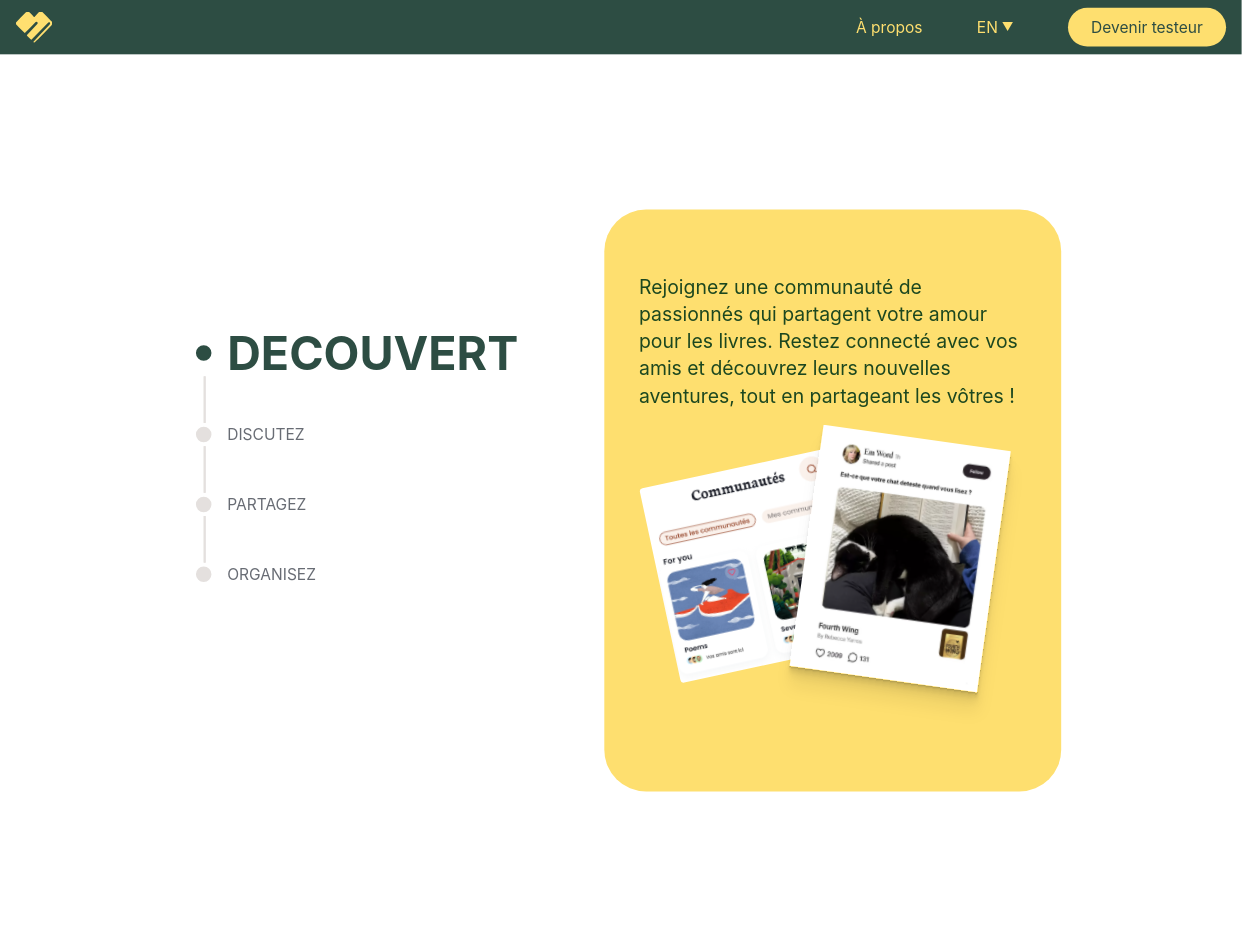
Repository: enas-elm/bookish-landing
Page: /
These files come from the project's save history. The page is drawn as it stood at one moment and after the next save; the edit follows.
The browser window is 1280 px wide. The pictures show the whole page, at 97% of full size.
The project was rebuilt for these pictures with package versions that can differ from the ones it lists, and the page was loaded fresh each time.

Above is the page before, as saved 2024-09-12 11:31:30.

After the next save:
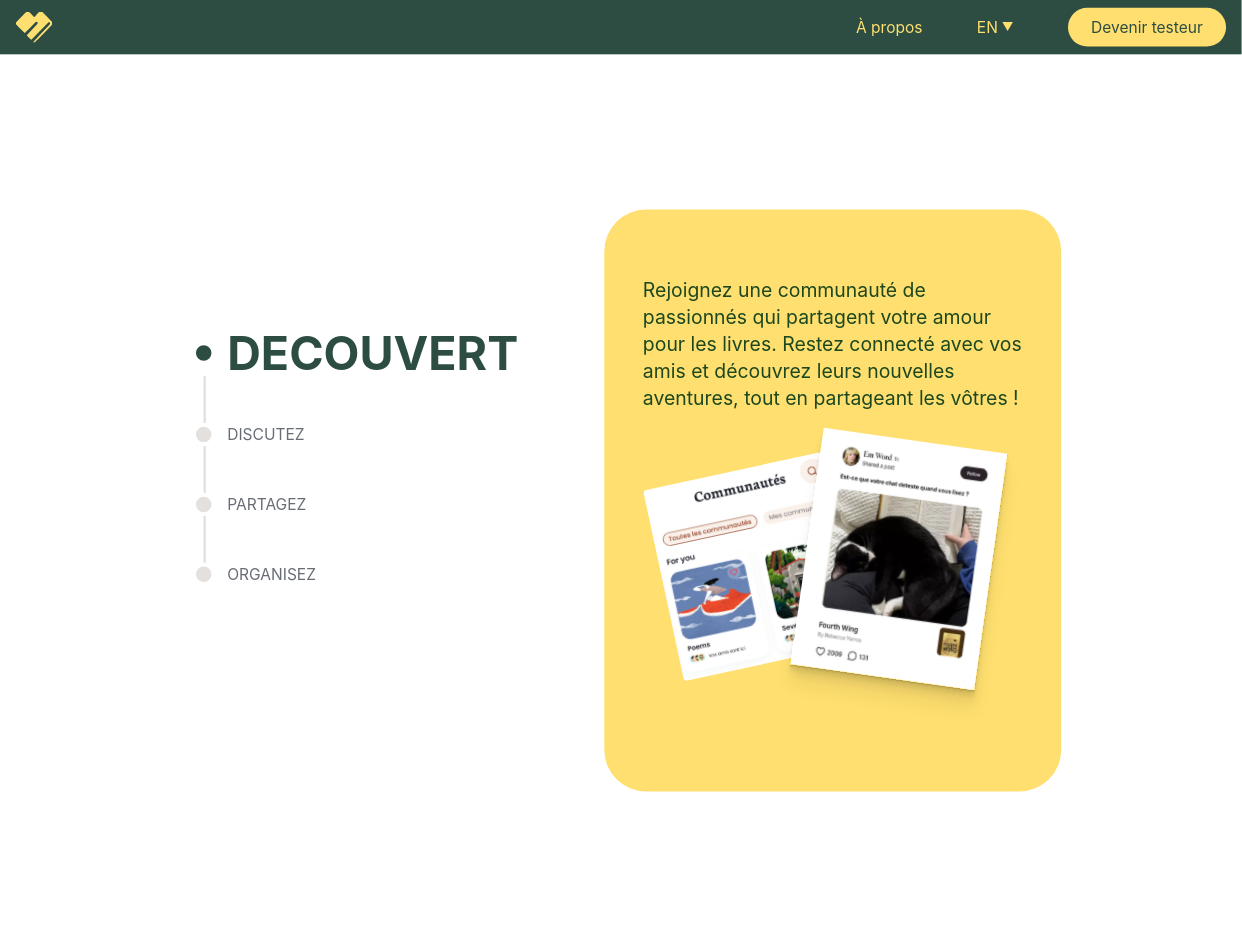
Saved 34 s later.
--- a/src/components/TimeLine.js
+++ b/src/components/TimeLine.js
@@ -93,7 +93,7 @@ function TimelineMenu() {
 
       {/* Details Section */}
       <div
-        className="w-471 h-611 flex  flex-col justify-center items-center p-9 rounded-[43px]"
+        className="w-471 h-611 flex  flex-col justify-center items-center p-10 rounded-[43px]"
         style={{
           backgroundColor: selectedItem ? selectedItem.color : "#ffffff",
         }}
